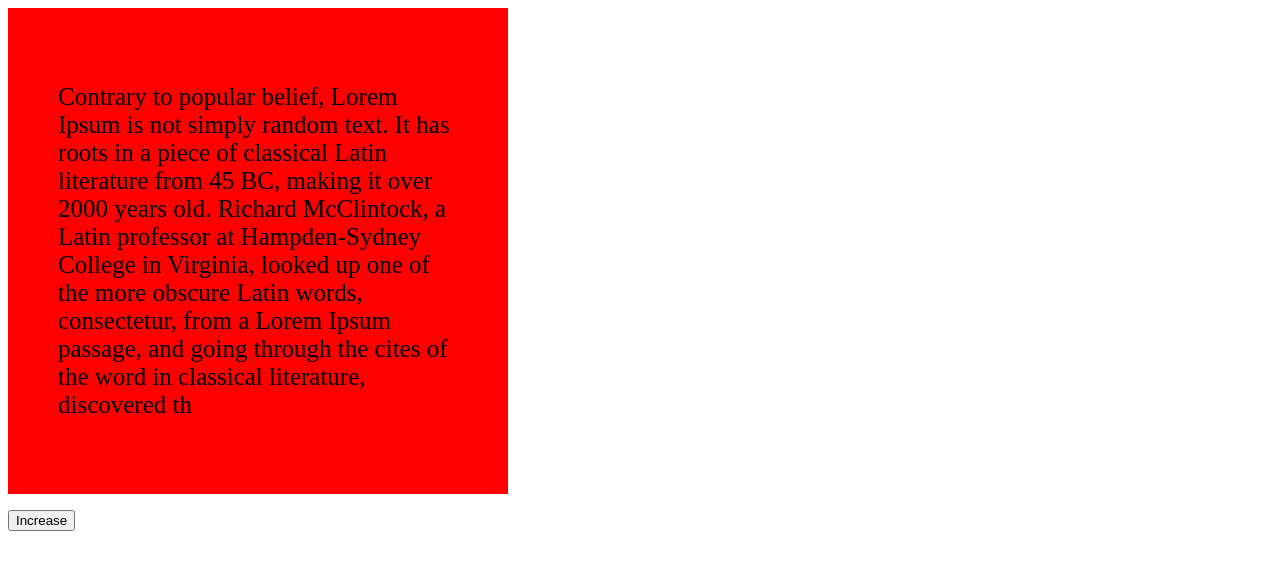
Repository: nema38/30DaysTrainning
Page: 30Days12/index.html
These files come from the project's save history. The page is drawn as it stood at one moment and after the next save; the edit follows.
The browser window is 1280 px wide. The pictures show the whole page.
After loading, the first visible `button` was clicked once.
Some web libraries are served in a nearby version.

Above is the page before, as saved 2014-04-17 19:36:34.

### 30Days12/index.html
<!DOCTYPE HTML>
<html>
	<head>
		<meta charset=utf-8>
		<title>Animate</title>
		<style>
			.box	{
				width: 400px;
				background: red;
				padding: 2em;
				position: relative;
			}
		</style>
	</head>
	<body>

		<div class="box">
			<p>
				Contrary to popular belief, Lorem Ipsum is not simply random text. It has roots in a piece of classical Latin literature from 45 BC, making it over 2000 years old. Richard McClintock, a Latin professor at Hampden-Sydney College in Virginia, looked up one of the more obscure Latin words, consectetur, from a Lorem Ipsum passage, and going through the cites of the word in classical literature, discovered th
			</p>

		</div>
		<p><button>Increase</button></p>



		<script src="http://ajax.googleapis.com/ajax/libs/jquery/1.11.0/jquery.min.js"></script>

		<script>
		(function() {
			var box = $('div.box'),
				fontzise = parseInt(box.css('font-size'), 10);
				console.log(fontzise);

			$('button').on('click', function() {
				box.css('font-size', '25px');
			});
		})();

		</script>

	</body>
</html>

After the next save:
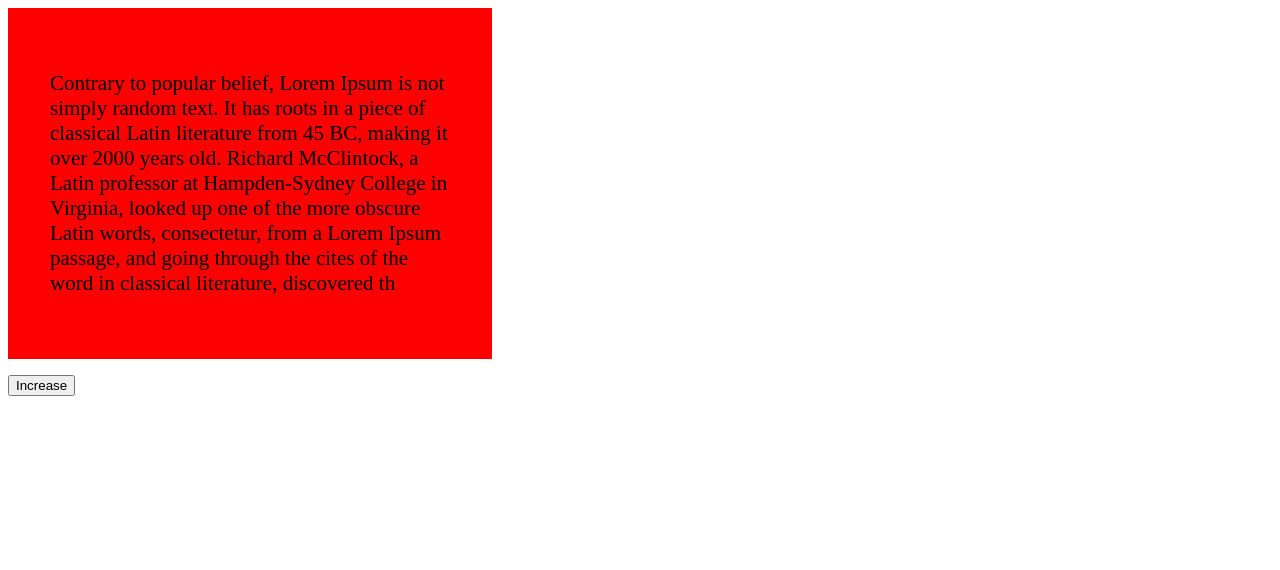
Saved 57 s later.
--- a/30Days12/index.html
+++ b/30Days12/index.html
@@ -33,7 +33,7 @@
 				console.log(fontzise);
 
 			$('button').on('click', function() {
-				box.css('font-size', '25px');
+				box.css('font-size', fontzise += 5);
 			});
 		})();
 
